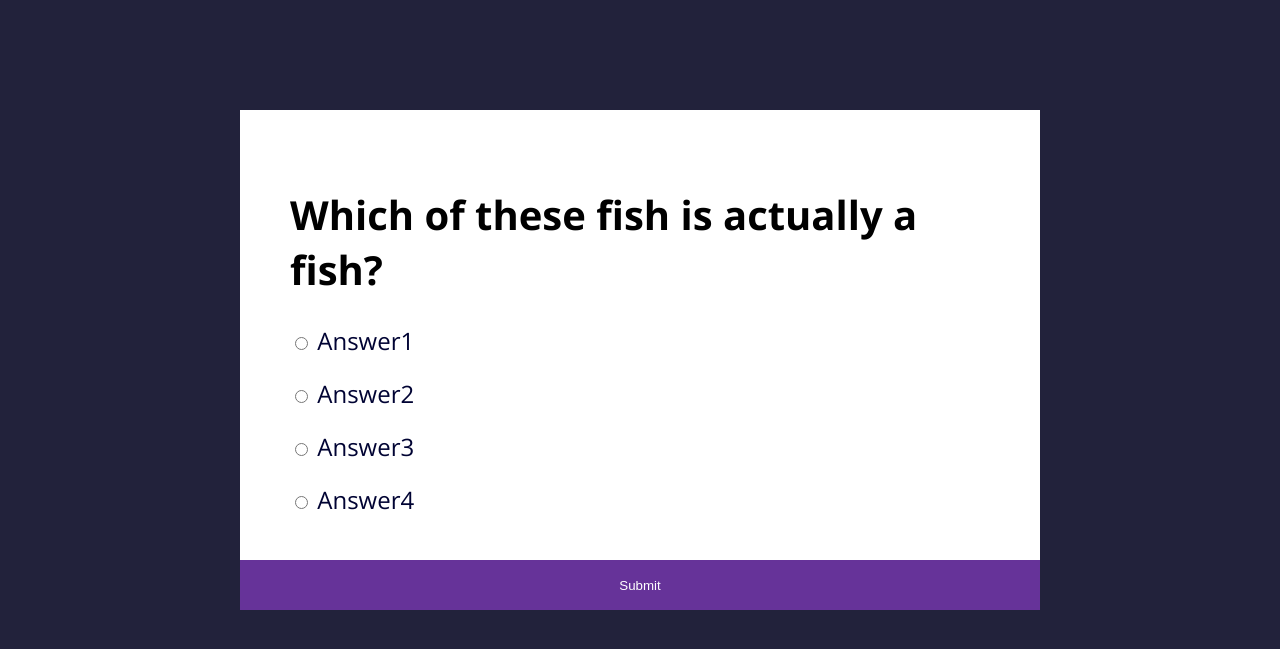
Repository: Wanglongzhi2001/Learn-javascript
Page: quiz/quiz.html
These files come from the project's save history. The page is drawn as it stood at one moment and after the next save; the edit follows.
The browser window is 1280 px wide. The pictures show the whole page.

Above is the page before, as saved 2023-02-02 19:39:37.

### quiz/quiz.html
<html lang="en">
<head>
    <meta charset="UTF-8">
    <meta http-equiv="X-UA-Compatible" content="IE=edge">
    <meta name="viewport" content="width=device-width, initial-scale=1.0">
    <!-- 使用谷歌字体 -->
    <link
      href="https://fonts.googleapis.com/css2?family=Open+Sans:wght@300;400;500;600;700;800&display=swap"
      rel="stylesheet"
    />
    <link rel="stylesheet" href="./quiz.css">
    <title>quiz project</title>
</head>
<body>
    <div class="container">
        <div class="game">
            <div class="content">
                <h1 class="question">Which of these fish is actually a fish?</h1>
                <div class="answers">
                    <div class="answer">
                        <input type="radio" id="answer1" value="false">
                        <label for="answer1">Answer1</label>
                    </div>
                </div>
                <div class="answers">
                    <div class="answer">
                        <input type="radio" id="answer2" value="false">
                        <label for="answer2">Answer2</label>
                    </div>
                </div>
                <div class="answers">
                    <div class="answer">
                        <input type="radio" id="answer3" value="false">
                        <label for="answer3">Answer3</label>
                    </div>
                </div>
                <div class="answers">
                    <div class="answer">
                        <input type="radio" id="answer4" value="false">
                        <label for="answer4">Answer4</label>
                    </div>
                </div>
            </div>
            <button class="submit">Submit</button>
        </div>
        <div class="result">
            <h1>Congratulations</h1>
            <h3 class="correct">Correct Answers: 0</h3>
            <h3 class="wrong">Wrong Answers: 0</h3>
            <h2 class="score">Score: -30</h2>
            <button class="play">Play Again</button>
        </div>
    </div>
    <script src="./quiz.js"></script>
</body>
</html>

### quiz/quiz.css
body{
    background-color: #22223b;
    display: flex;
    align-items: center;
    justify-content: center;
    font-family: "Open Sans", sans-serif;
}

.container{
    width: 800px;
    height: 500px;
    background-color: white;
    position: relative; /* 调整为相对位置使得提交按钮在contiainer底部而不是页面底部 */
}

.content{
    padding: 50px;
}

/* 调整问题字体大小 */
.question{
    font-size: 40px;
}

.answer{
    font-size: 24px;
    margin-bottom: 20px;
    color:333;
}
/* 使用绝对位置调整submit按钮位置 */
.submit{
    background-color: rebeccapurple;
    color: white;
    border: none;
    width: 100%;;
    height: 50px;
    cursor: pointer;
    position:absolute;
    bottom: 0;
}

.result{
    display: none;
}

Loaded but not shown: quiz/quiz.js (no stored copy; drawn as an empty file)

After the next save:
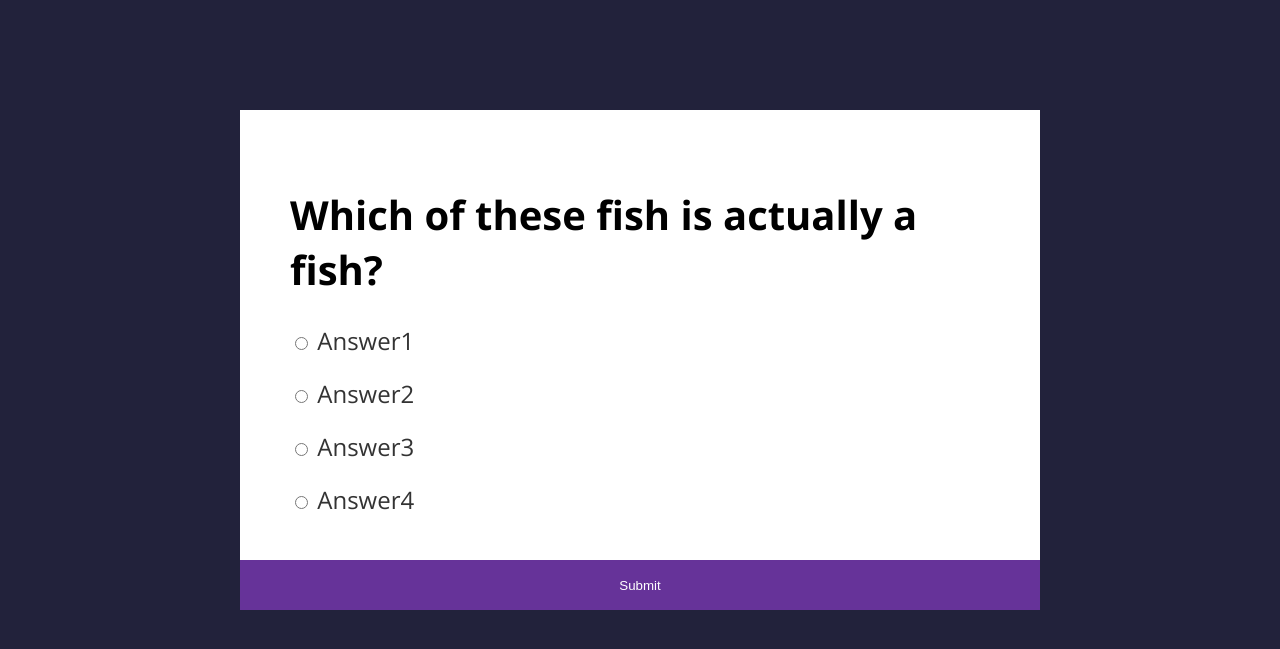
Saved 9 s later.
--- a/quiz/quiz.css
+++ b/quiz/quiz.css
@@ -25,7 +25,7 @@ body{
 .answer{
     font-size: 24px;
     margin-bottom: 20px;
-    color:333;
+    color:#333;
 }
 /* 使用绝对位置调整submit按钮位置 */
 .submit{
